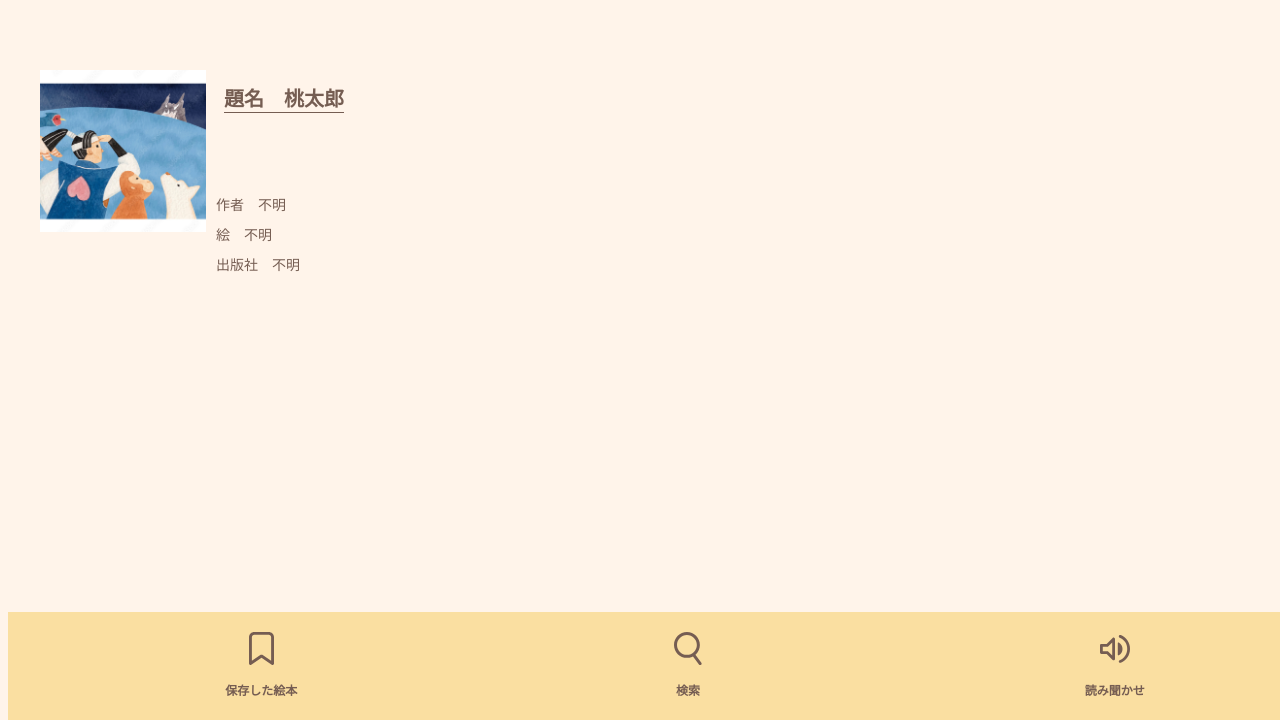
Repository: kmii12/2024-teampj
Page: /result/resultDetail/1
These files come from the project's save history. The page is drawn as it stood at one moment and after the next save; the edit follows.
The browser window is 1280 px wide. The pictures show the whole page.
The project was rebuilt for these pictures with package versions that can differ from the ones it lists, and the page was loaded fresh each time. The framework's server and built-in components were replaced by stand-ins that run in the browser. Also part of the build but not shown: next.config.mjs.

Above is the page before, as saved 2024-10-29 23:38:49.

After the next save:
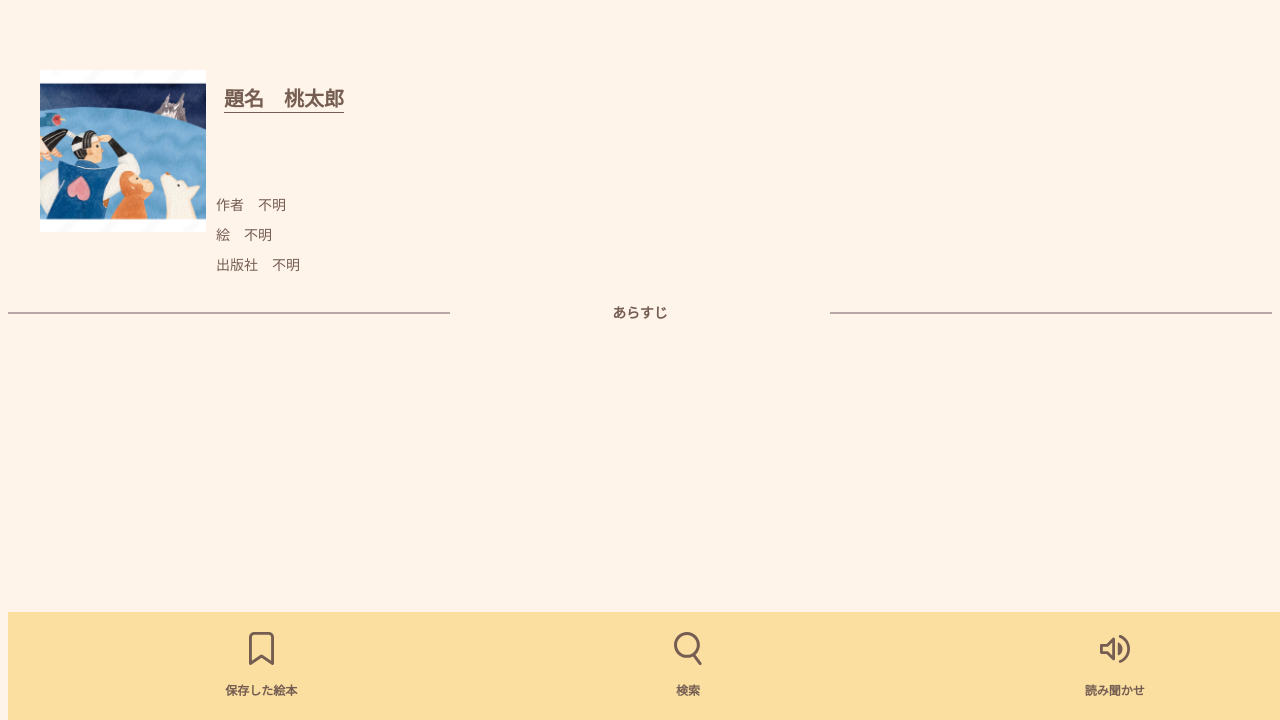
Saved 69 s later.
--- a/src/app/result/resultDetail/[id]/page.tsx
+++ b/src/app/result/resultDetail/[id]/page.tsx
@@ -147,7 +147,9 @@ const ResultDetail: React.FC = () => {
           </div>
         </div>
 
-        <div className={detailStyles.descriptionContainer}></div>
+        <div className={detailStyles.descriptionContainer}>
+          <h2 className="summary">あらすじ</h2>
+        </div>
       </div>
     </>
   );
